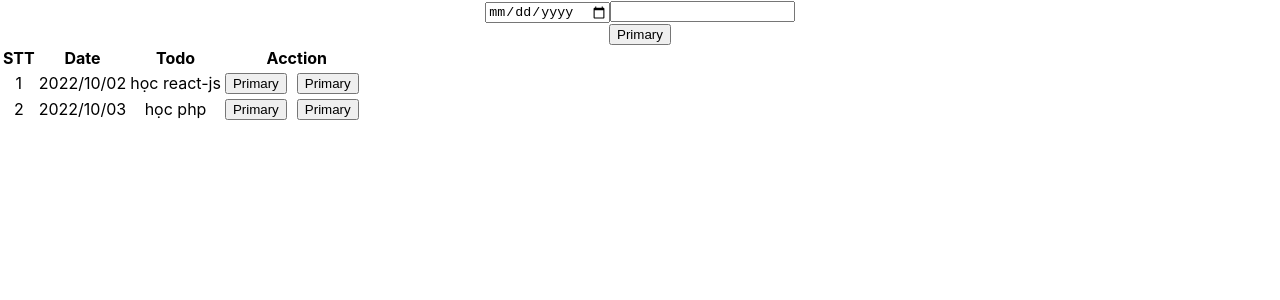
Repository: vanviet99/bietitmatit
Page: /
The author's editor kept a copy of each file at every save. The page is drawn from the files as they stood at one save, then again after the next save.
The browser window is 1280 px wide. The pictures show the whole page.
The project was rebuilt for these pictures with package versions that can differ from the ones it lists, and the page was loaded fresh each time.

Above is the page before, as saved 2022-10-03 21:21:09.

After the next save:
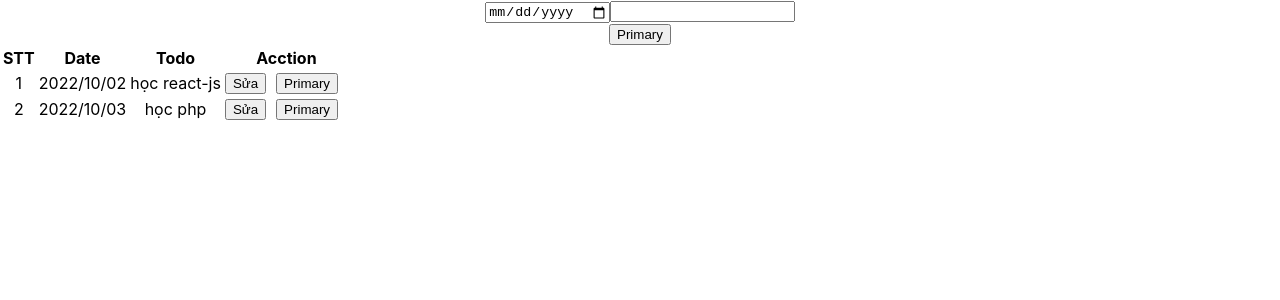
Saved 10 s later.
--- a/src/App.js
+++ b/src/App.js
@@ -31,7 +31,7 @@ function App() {
             <td>{value.date}</td>
             <td>{value.do}</td>
             <td>
-            <button type="button" className="btn btn-primary bg">Primary</button>
+            <button type="button" className="btn btn-primary bg">Sửa</button>
             <button type="button" className="btn btn-primary bg">Primary</button>
             </td>
           </tr>
